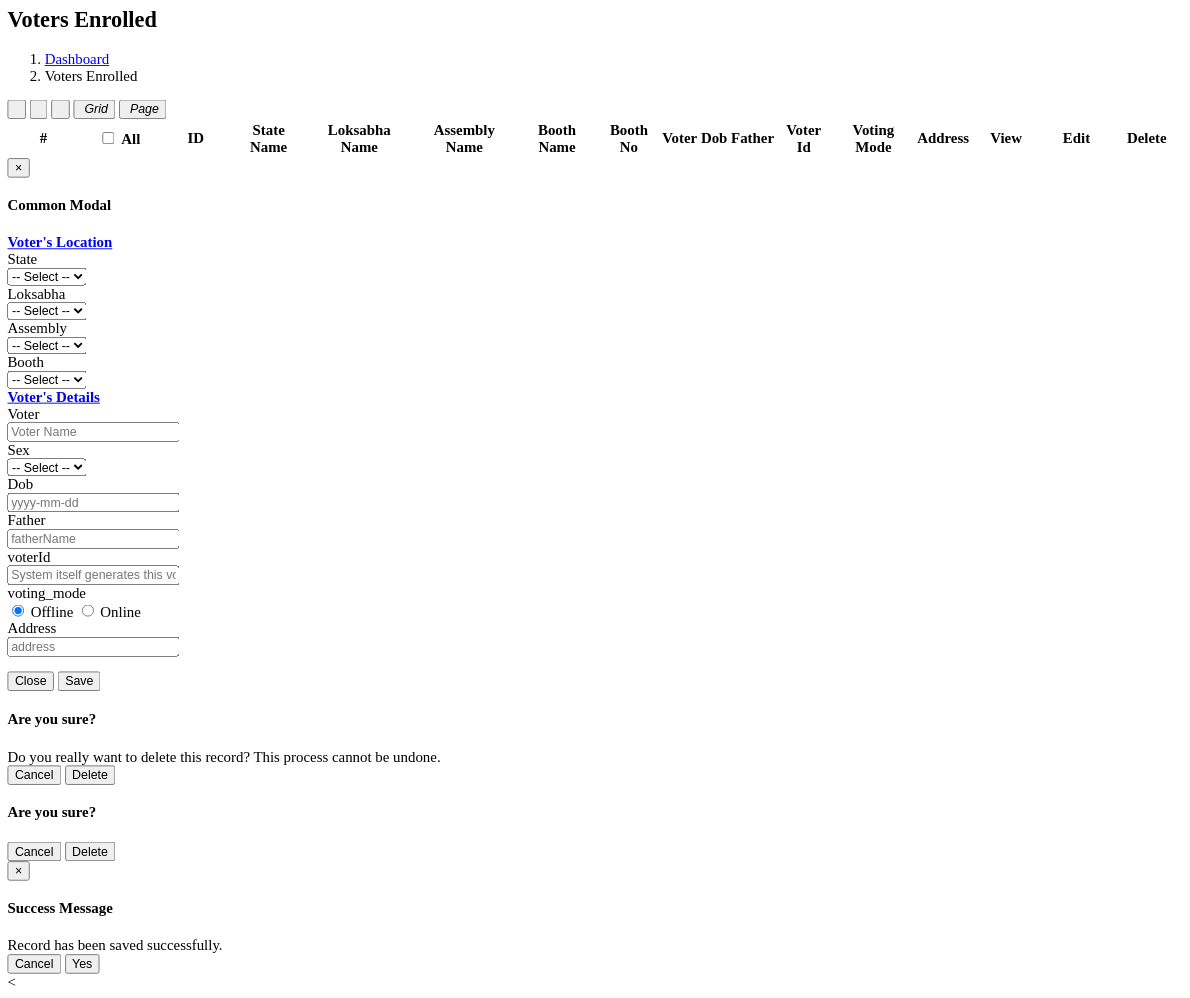
Repository: sanjeev167/IndiaOnLineVoting_3112020
Page: http://localhost/IndiaOnLineVoting/WEB-INF/jsp/voter/votersEnrolled.jsp
These files come from the project's save history. The page is drawn as it stood at one moment and after the next save; the edit follows.
The browser window is 1280 px wide. The pictures show the whole page, at 93% of full size.
The page is served by Tomcat 9. Nobody is signed in. The template is opened directly, without the code that normally fills it, so the values that code supplies are empty.

Above is the page before, as saved 2020-10-26 02:43:20.
Console error: SyntaxError: Unexpected token '<'

After the next save:
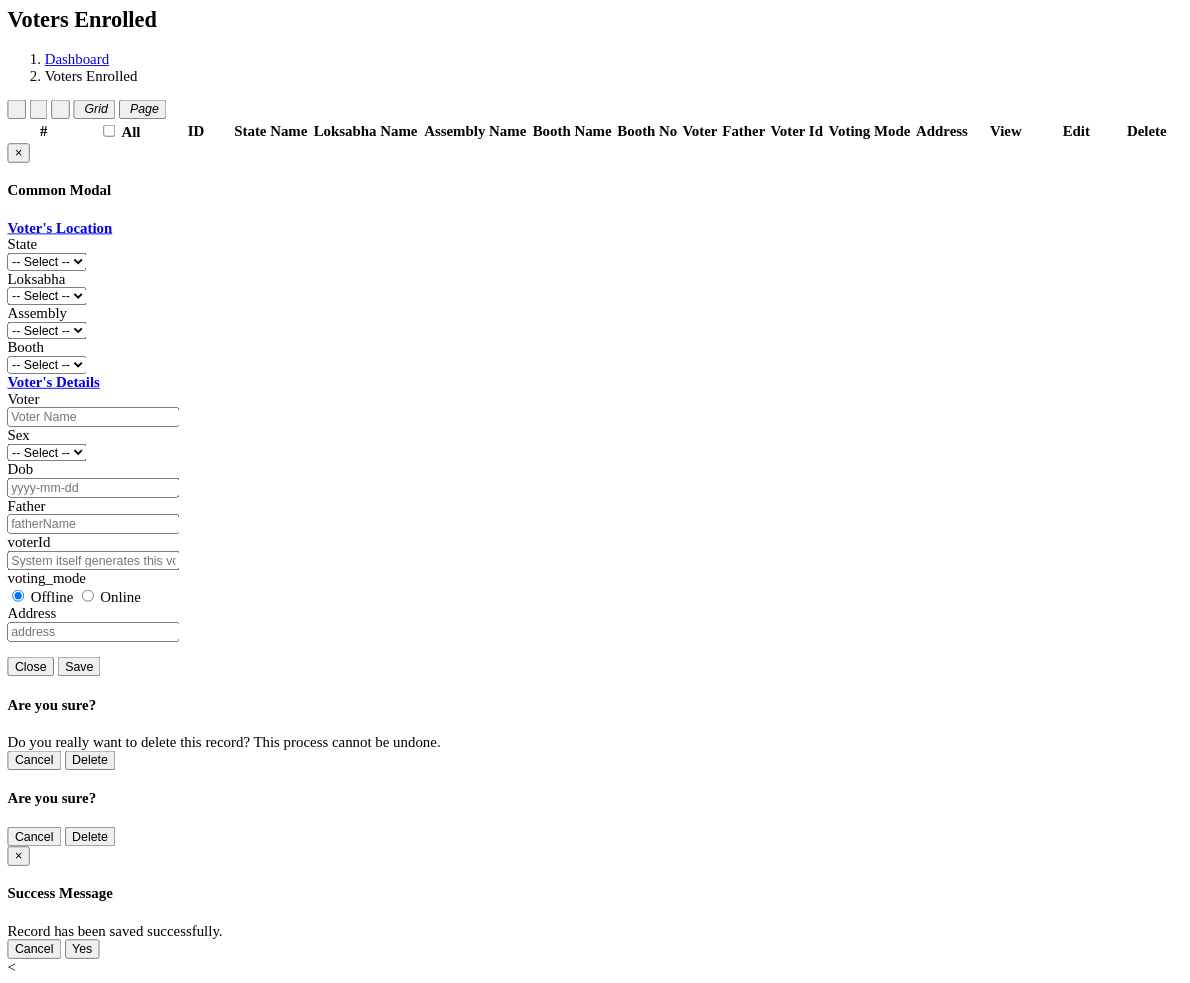
Saved 27 min 12 s later.
--- a/IndiaOnLineVoting/src/main/webapp/WEB-INF/jsp/voter/votersEnrolled.jsp
+++ b/IndiaOnLineVoting/src/main/webapp/WEB-INF/jsp/voter/votersEnrolled.jsp
@@ -48,10 +48,7 @@
 								<th>Assembly Name</th>
 								<th>Booth Name</th>
 								<th>Booth No</th>
-
 								<th>Voter</th>
-
-								<th>Dob</th>
 								<th>Father</th>
 								<th>Voter Id</th>
 								<th>Voting Mode</th>
